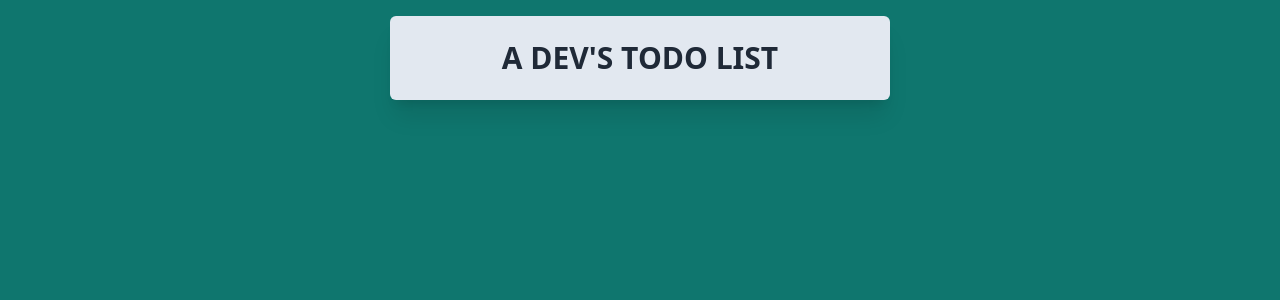
Repository: DevAntonioRogers/React-Todo-CRUD-App
Page: /
These files come from the project's save history. The page is drawn as it stood at one moment and after the next save; the edit follows.
The browser window is 1280 px wide. The pictures show the whole page.
The project was rebuilt for these pictures with package versions that can differ from the ones it lists, and the page was loaded fresh each time. Also part of the build but not shown: vite.config.ts.

Above is the page before, as saved 2023-05-14 01:20:27.

After the next save:
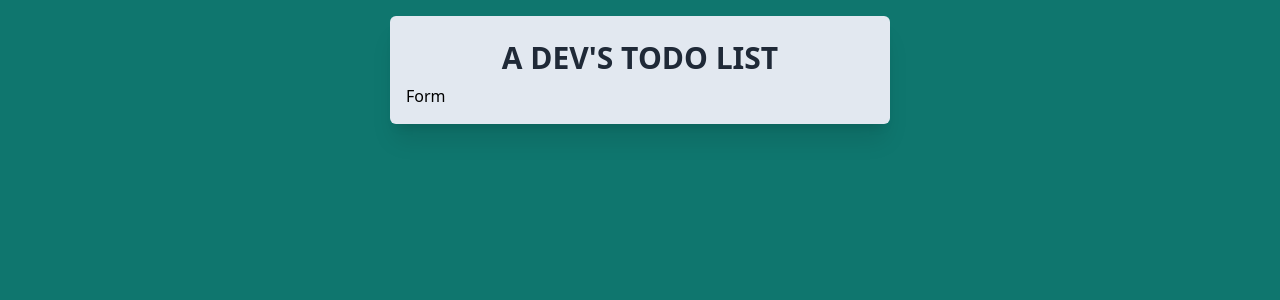
Saved 22 s later.
--- a/src/App.tsx
+++ b/src/App.tsx
@@ -1,8 +1,11 @@
+import Form from "./components/Form";
+
 const App = () => {
   return (
     <div className="h-screen w-screen p-4 bg-teal-700">
       <div className="bg-slate-200 max-w-[500px] w-full m-auto rounded-md shadow-xl p-4">
         <h1 className="text-3xl font-bold text-center text-gray-800 p-2">A DEV'S TODO LIST</h1>
+        <Form />
       </div>
     </div>
   );
